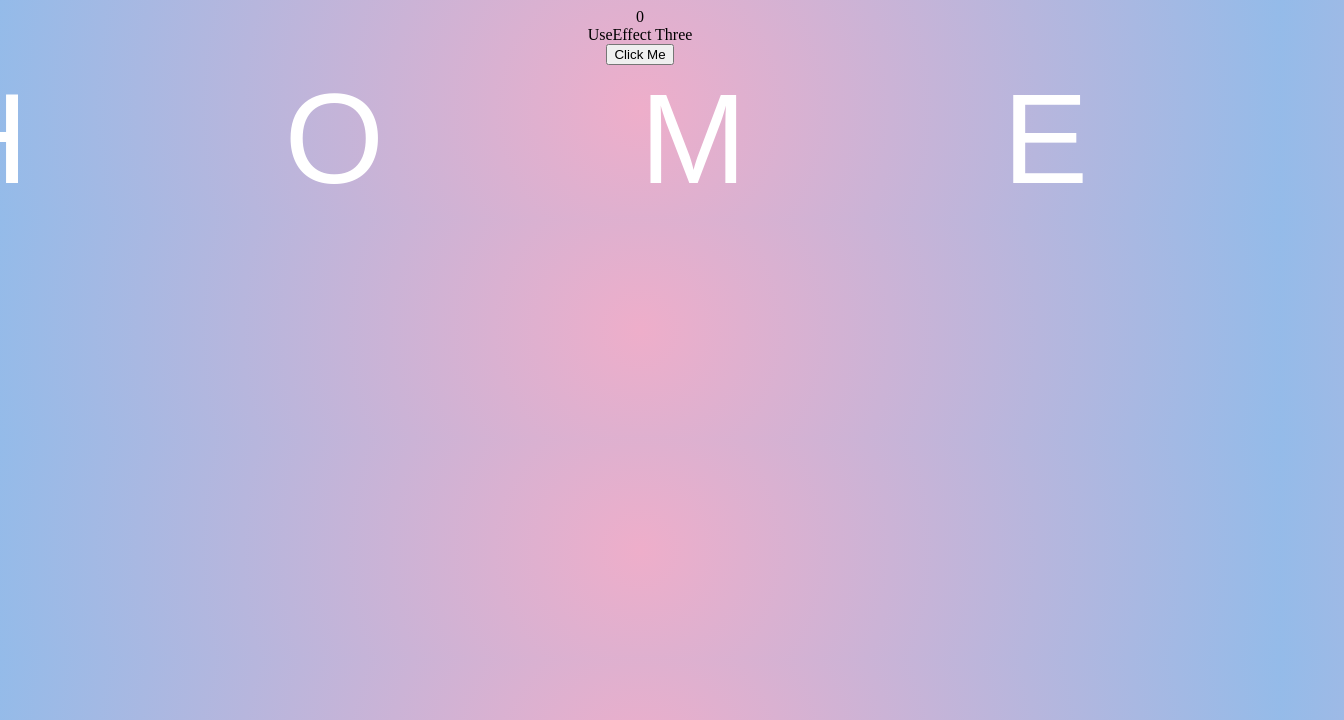
Repository: juliet-jskim/week-8-useEffect-carousel
Page: /useEffectThree
An editor plug-in stored every save of this project. The page is shown before and after the next save, followed by the edit.
The browser window is 1280 px wide. The page is 1344 px wide, then 1280 px, so the pictures cover 1344 px, including what lies to the right of the window. The pictures show the whole page.
The project was rebuilt for these pictures with package versions that can differ from the ones it lists, and the page was loaded fresh each time. The framework's server and built-in components were replaced by stand-ins that run in the browser. Also part of the build but not shown: next.config.js.

Above is the page before, as saved 2023-02-20 23:09:20.

After the next save:
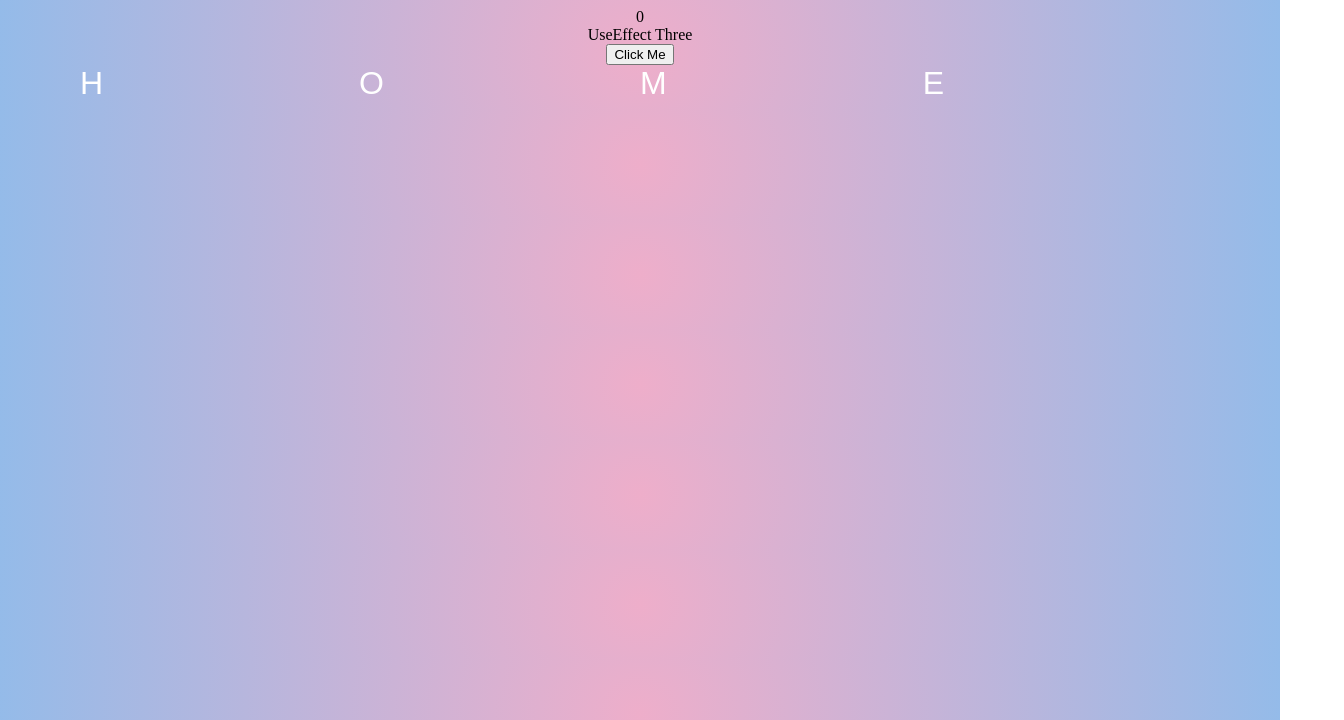
Saved 8 s later.
--- a/styles/UseEffectThree.module.css
+++ b/styles/UseEffectThree.module.css
@@ -7,7 +7,7 @@
 }
 
 .home_link{
-    font-size: 8rem;
+    font-size: 2rem;
     text-transform: uppercase;
     font-family: Arial, Helvetica, sans-serif;
     writing-mode: horizontal-tb;
